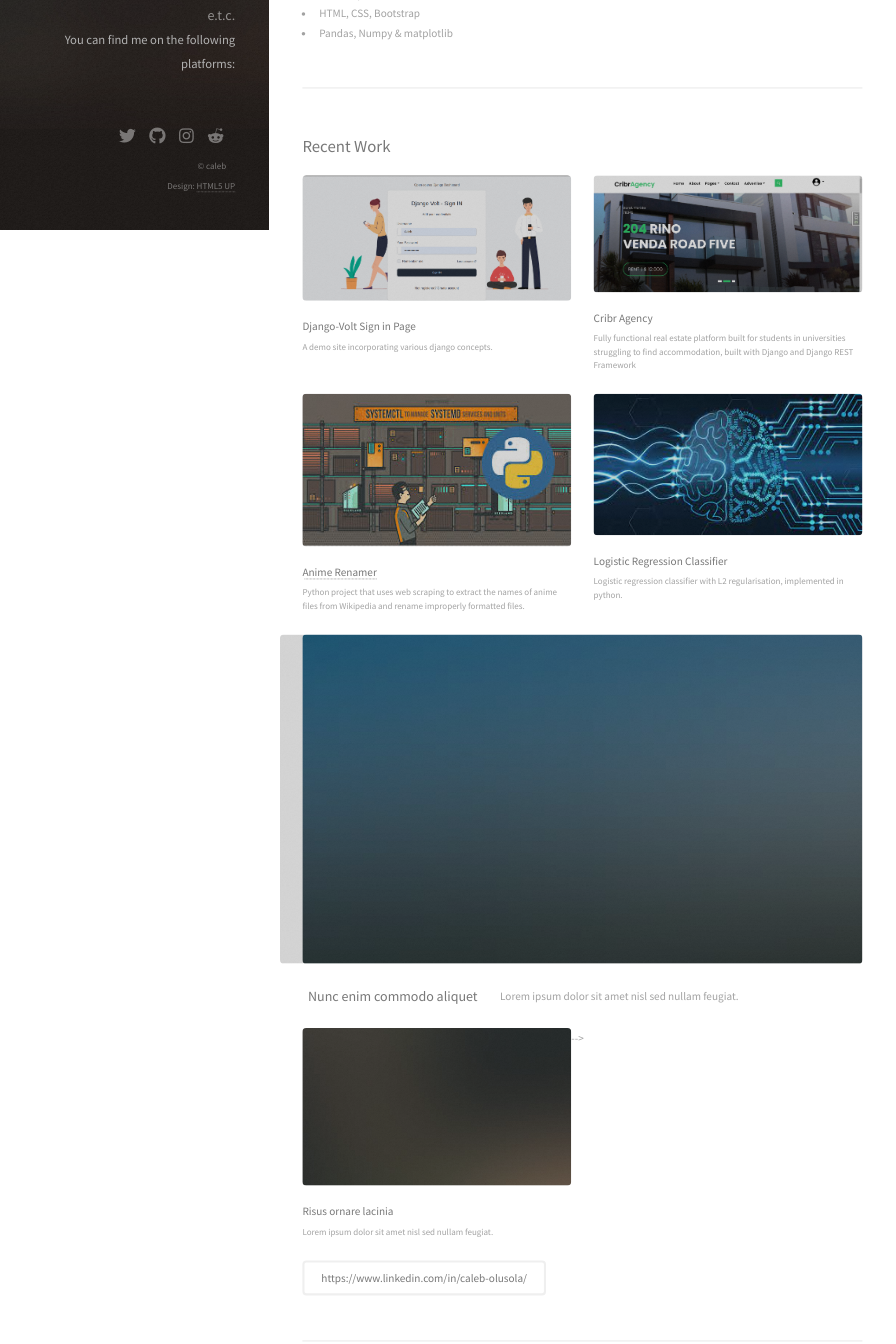
Repository: Caleb40/Caleb40.github.io
Page: index.html
The author's editor kept a copy of each file at every save. The page is drawn from the files as they stood at one save, then again after the next save.
The browser window is 1280 px wide. The pictures show the part of the page from y = 392 to 2312 px (the page is 2760 px tall before and 2207 px after), at 70% of full size.

Above is the page before, as saved 2022-07-13 00:23:03.

After the next save:
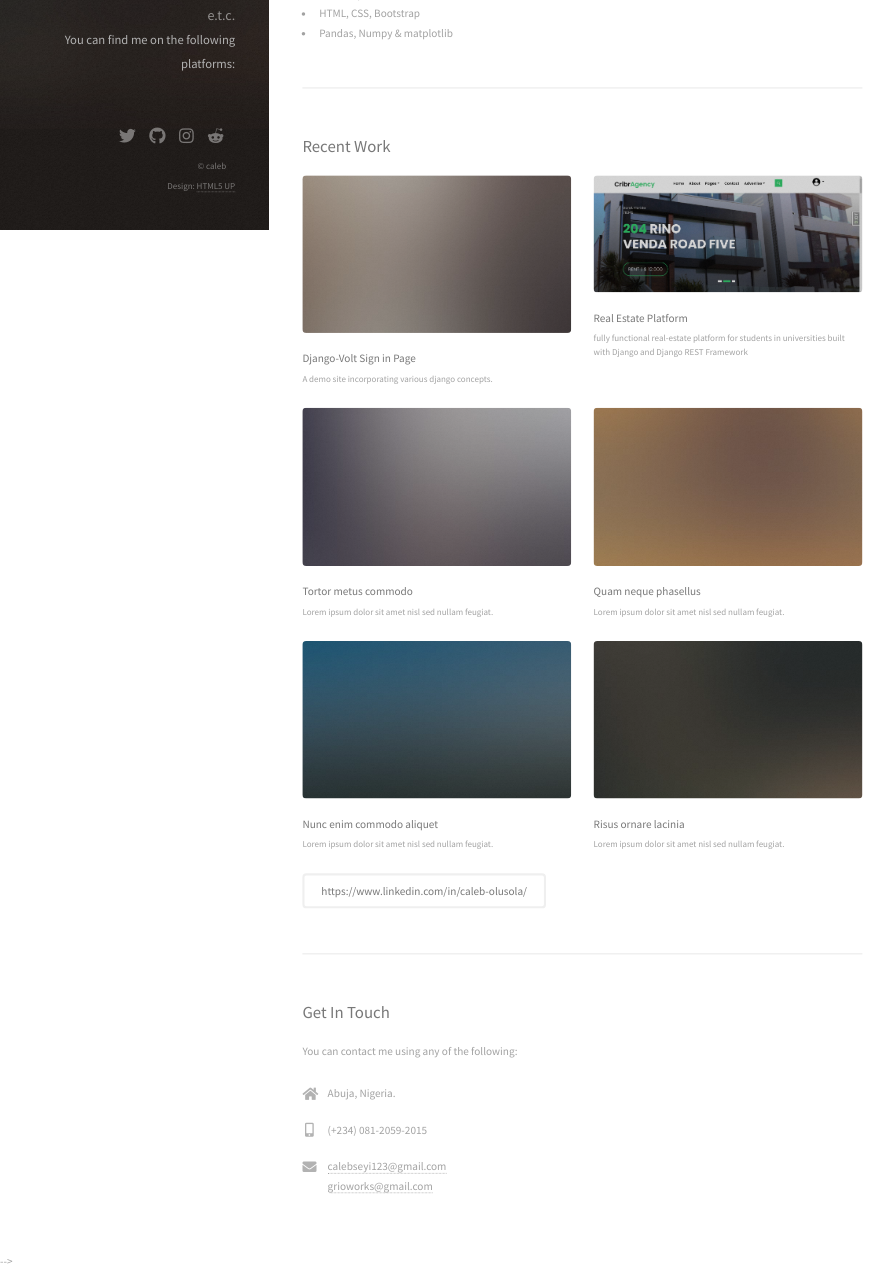
Saved 15 s later.
--- a/index.html
+++ b/index.html
@@ -50,38 +50,35 @@
 			<h2>Recent Work</h2>
 			<div class="row">
 				<article class="col-6 col-12-xsmall work-item">
-					<a href="images/portfolio/20220712_184121.png" class="image fit thumb"><img
-							src="images/portfolio/20220712_184121.png" alt="" /></a>
+					<a href="images/portfolio/20220712_184121.png" class="image fit thumb"><img src="images/thumbs/01.jpg" alt="" /></a>
 					<h3>Django-Volt Sign in Page</h3>
 					<p>A demo site incorporating various django concepts.</p>
 				</article>
 				<article class="col-6 col-12-xsmall work-item">
-					<a href="images/portfolio/20220712_184159.png" class="image fit thumb"><img
-							src="images/portfolio/20220712_184159.png" /></a>
-					<h3>Cribr Agency</h3>
-					<p>Fully functional real estate platform built for students in universities struggling to find accommodation,
-						built with Django and Django REST Framework</p>
-				</article>
-				<article class="col-6 col-12-xsmall work-item">
-					<a href="images/images.jpeg" class="image fit thumb"><img src="images/images.jpeg" alt="" /></a>
-					<h3><a href="https://github.com/Caleb40/Anime-Renamer">Anime Renamer</a></h3>
-					<p>Python project that uses web scraping to extract the names of anime files from Wikipedia and rename
-						improperly formatted files.</p>
-				</article>
-				<article class="col-6 col-12-xsmall work-item">
-					<a href="images/ai.jpeg" class="image fit thumb"><img src="images/ai.jpeg" alt="" /></a>
-					<h3>Logistic Regression Classifier</h3>
-					<p>Logistic regression classifier with L2 regularisation, implemented in python.</p>
-				</article>
-				<a href="images/fulls/05.jpg" class="image fit thumb"><img src="images/thumbs/05.jpg" alt="" /></a>
-				<h3>Nunc enim commodo aliquet</h3>
-				<p>Lorem ipsum dolor sit amet nisl sed nullam feugiat.</p>
+					<a href="images/por" class="image fit thumb"><img src="images/portfolio/20220712_184159.png"/></a>
+					<h3>Real Estate Platform</h3>
+					<p>fully functional real-estate platform for students in universities built with Django and Django REST Framework</p>
+				</article>
+				<article class="col-6 col-12-xsmall work-item">
+					<a href="images/fulls/03.jpg" class="image fit thumb"><img src="images/thumbs/03.jpg" alt="" /></a>
+					<h3>Tortor metus commodo</h3>
+					<p>Lorem ipsum dolor sit amet nisl sed nullam feugiat.</p>
+				</article>
+				<article class="col-6 col-12-xsmall work-item">
+					<a href="images/fulls/04.jpg" class="image fit thumb"><img src="images/thumbs/04.jpg" alt="" /></a>
+					<h3>Quam neque phasellus</h3>
+					<p>Lorem ipsum dolor sit amet nisl sed nullam feugiat.</p>
+				</article>
+				<article class="col-6 col-12-xsmall work-item">
+					<a href="images/fulls/05.jpg" class="image fit thumb"><img src="images/thumbs/05.jpg" alt="" /></a>
+					<h3>Nunc enim commodo aliquet</h3>
+					<p>Lorem ipsum dolor sit amet nisl sed nullam feugiat.</p>
 				</article>
 				<article class="col-6 col-12-xsmall work-item">
 					<a href="images/fulls/06.jpg" class="image fit thumb"><img src="images/thumbs/06.jpg" alt="" /></a>
 					<h3>Risus ornare lacinia</h3>
 					<p>Lorem ipsum dolor sit amet nisl sed nullam feugiat.</p>
-				</article> -->
+				</article>
 			</div>
 			<ul class="actions">
 				<li><a href="#" class="button">https://www.linkedin.com/in/caleb-olusola/</a></li>
